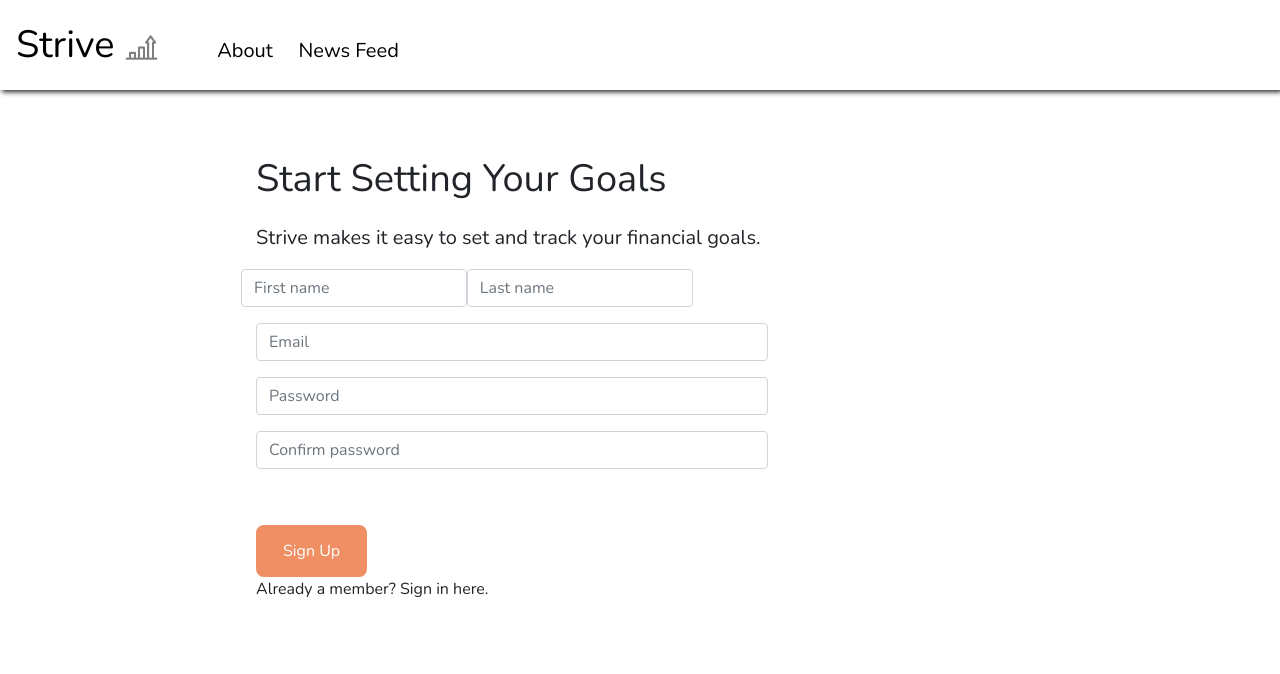
Repository: NoraOK/Strive
Page: http://localhost/strive/WEB-INF/strive/register.jsp
These files come from the project's save history. The page is drawn as it stood at one moment and after the next save; the edit follows.
The browser window is 1280 px wide. The pictures show the whole page.
The page is served by Tomcat 9. Nobody is signed in. The template is opened directly, without the code that normally fills it, so the values that code supplies are empty.

Above is the page before, as saved 2019-12-18 20:06:05.

After the next save:
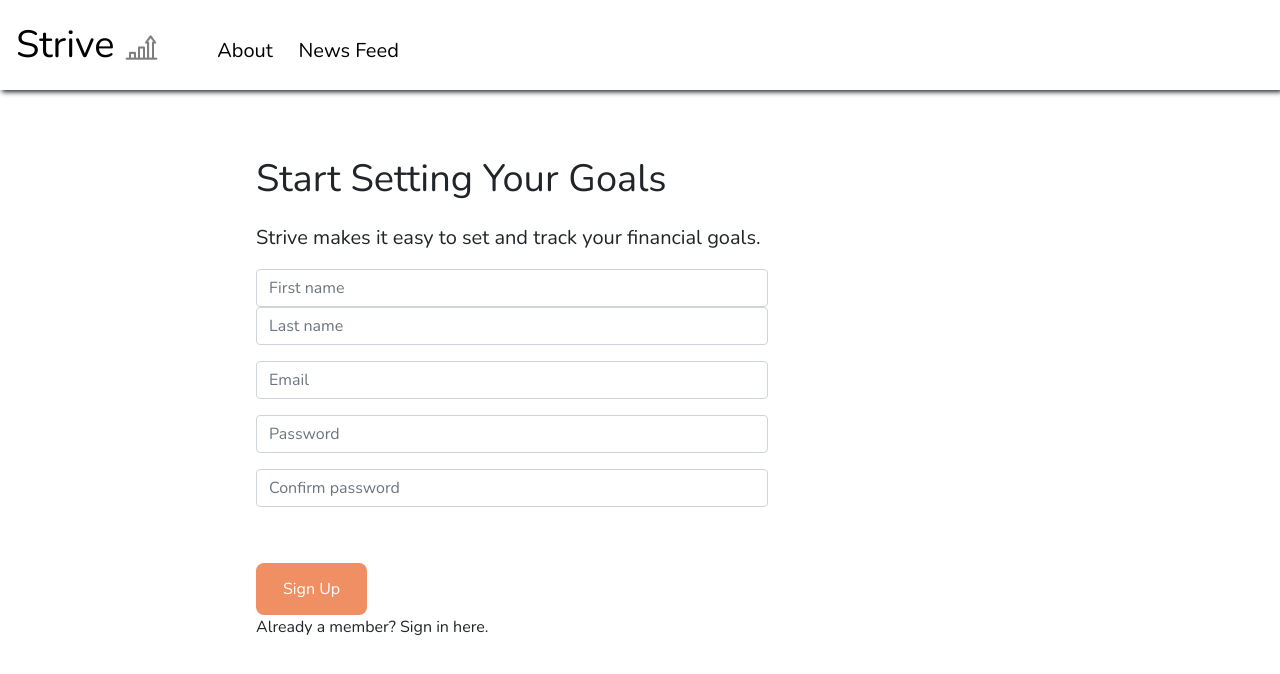
Saved 82 s later.
--- a/strive/src/main/webapp/WEB-INF/strive/register.jsp
+++ b/strive/src/main/webapp/WEB-INF/strive/register.jsp
@@ -19,11 +19,11 @@
 		<p class="about">Strive makes it easy to set and track your financial goals.</p>
 
     	<form:form method="POST" action="/registration" modelAttribute="user">
-    		<p class="row">
+    		<p>
 	            <form:errors path="firstName"/>
-	            <form:input path="firstName" class="col-5 form-control" placeholder="First name"/>
+	            <form:input path="firstName" class="d-inline form-control" placeholder="First name"/>
 	            <form:errors path="lastName"/>
-	            <form:input path="lastName" class="col-5 form-control" placeholder="Last name"/>
+	            <form:input path="lastName" class="d-inline form-control" placeholder="Last name"/>
 	        </p>
 	        <p>
 	            <p style="color:red;"><form:errors path="email"/></p>
